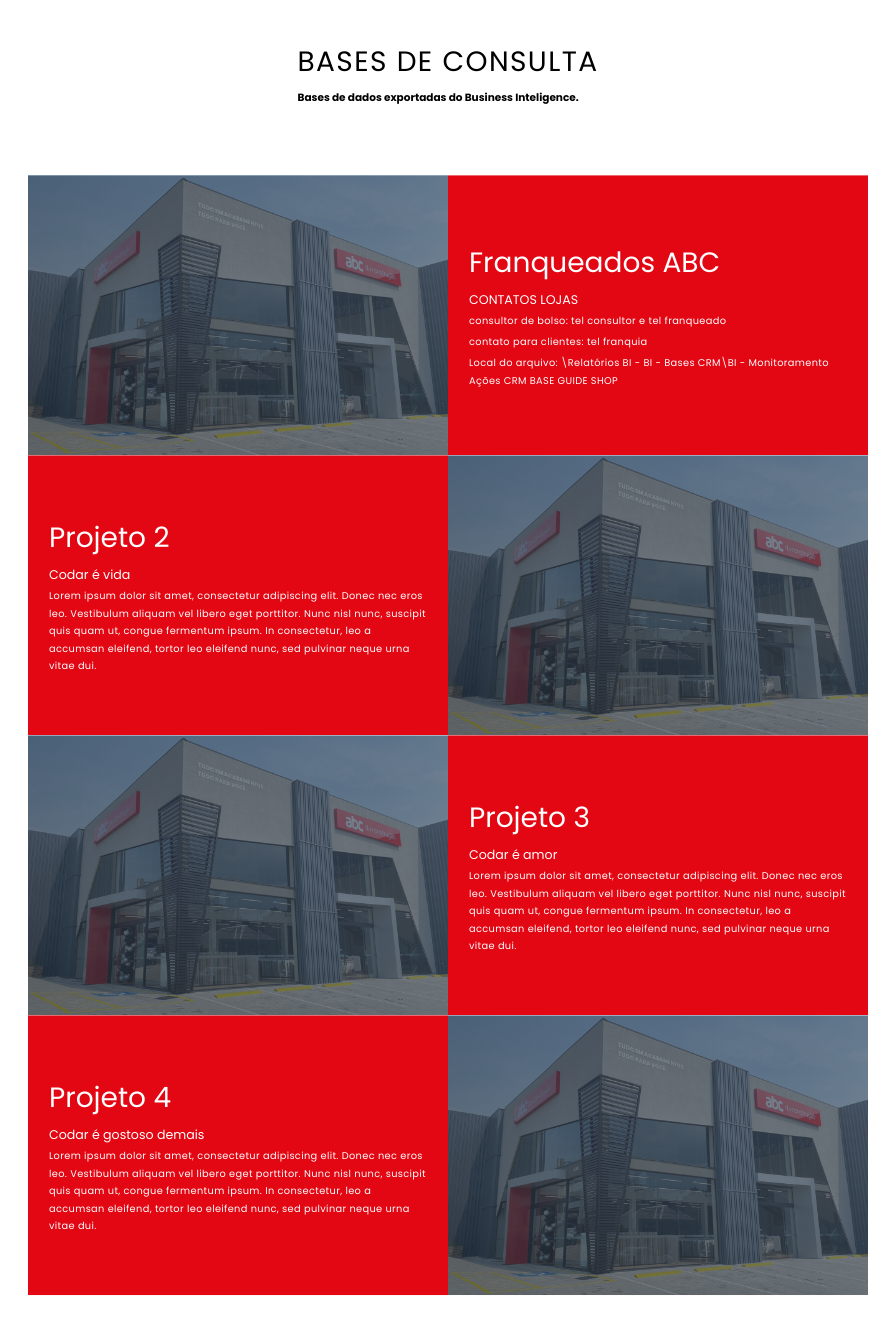
Repository: douglasabnovato/apresentacao
Page: index.html
These files come from the project's save history. The page is drawn as it stood at one moment and after the next save; the edit follows.
The browser window is 1280 px wide. The pictures show the part of the page from y = 1966 to 3886 px (the page is 13502 px tall), at 70% of full size.

Above is the page before, as saved 2025-01-14 17:00:59.

After the next save:
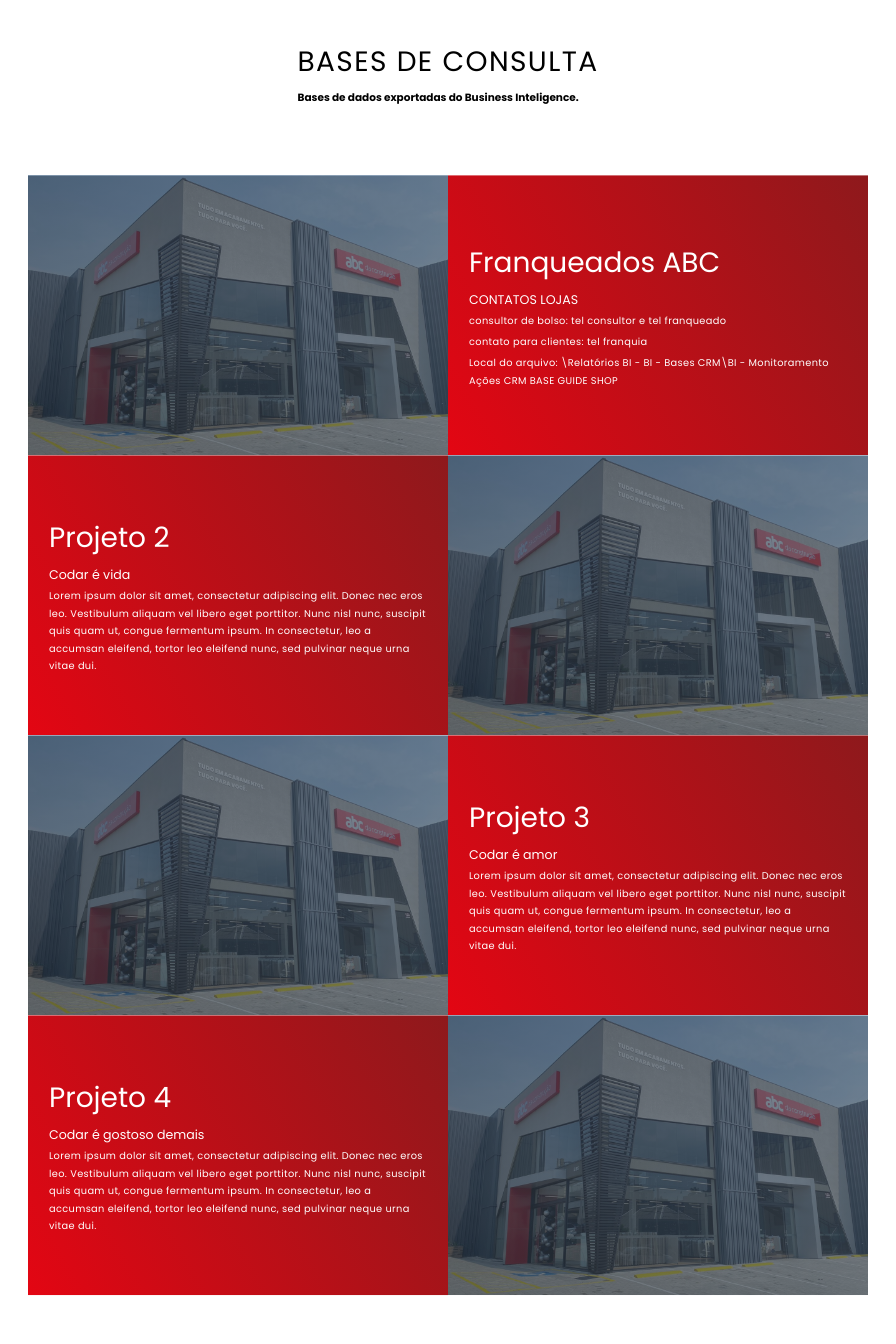
Saved 6 s later.
--- a/style.css
+++ b/style.css
@@ -278,7 +278,7 @@ p {
   align-items: flex-start;
   justify-content: center;
   flex-direction: column;
-  background-image: linear-gradient(60deg, #E30613 0%, #E30613 100%);
+  background-image: linear-gradient(60deg, #E30613 0%, #8E191C 100%);
   color: white;
 }
 
